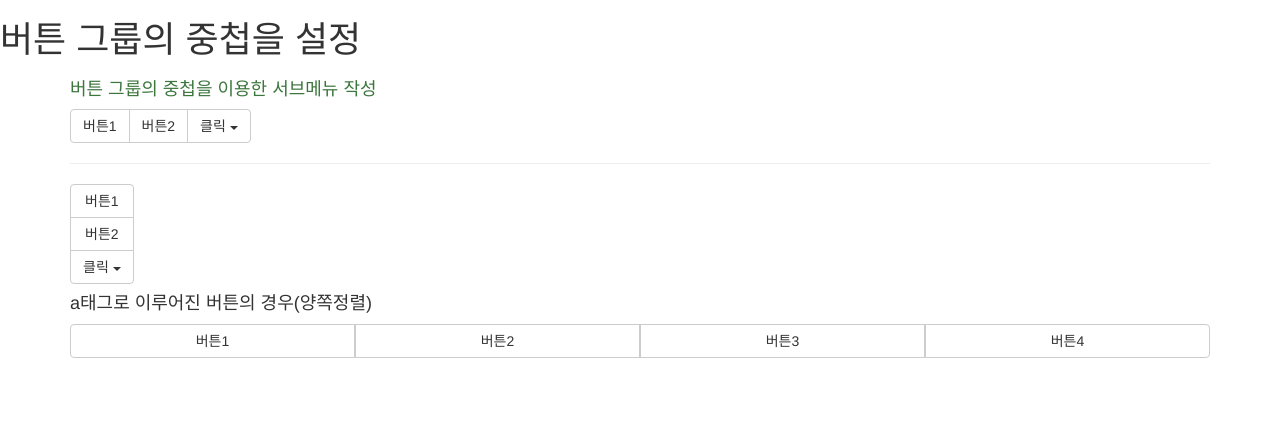
Repository: RYE415/4.jsp
Page: BootstrapTest/src/main/webapp/7.component/4.buttongroup(중첩,정렬).html
The author's editor kept a copy of each file at every save. The page is drawn from the files as they stood at one save, then again after the next save.
The browser window is 1280 px wide. The pictures show the whole page.
Some web libraries are served in a nearby version.

Above is the page before, as saved 2022-08-10 00:54:33.

### BootstrapTest/src/main/webapp/7.component/4.buttongroup(중첩,정렬).html
<!DOCTYPE html>
<html lang="ko">
  <head>
    <meta charset="utf-8">
    <meta http-equiv="X-UA-Compatible" content="IE=edge">
    <meta name="viewport" content="width=device-width, initial-scale=1">
    <!-- 위 3개의 메타 태그는 *반드시* head 태그의 처음에 와야합니다; 어떤 다른 콘텐츠들은 반드시 이 태그들 *다음에* 와야 합니다 -->
    <title>예제</title>

    <!-- 부트스트랩 -->
    <link href="../css/bootstrap.min.css" rel="stylesheet">

    <!-- IE8 에서 HTML5 요소와 미디어 쿼리를 위한 HTML5 shim 와 Respond.js -->
    <!-- WARNING: Respond.js 는 당신이 file:// 을 통해 페이지를 볼 때는 동작하지 않습니다. -->
    <!--[if lt IE 9]>
      <script src="https://oss.maxcdn.com/html5shiv/3.7.2/html5shiv.min.js"></script>
      <script src="https://oss.maxcdn.com/respond/1.4.2/respond.min.js"></script>
    <![endif]-->
  </head>
  <body>
    <h1>버튼 그룹의 중첩을 설정</h1>

    <div class="container">
    <!--
    	<div class="btn-group"> button3+drop-down(ul)<div>
    	  caret(캐럿)->메뉴를 펼치게 해주는 화살표
    	  		1.메뉴이름<span class="caret"></span>
    	  		2.캐럿의 메뉴 부분을 둥근 모서리로 설정
    	  		  버튼의 클래스 선택자->dropdown-toggle
     -->

     	<h4 class="text-success">버튼 그룹의 중첩을 이용한 서브메뉴 작성</h4>
     	<div class="btn-group">
	     	<button type="button" class="btn btn-default">버튼1</button>
	     	<button type="button" class="btn btn-default">버튼2</button>
	     	<!---->
	     	<div class="btn-group">
	     	<button type="button" data-toggle="dropdown" class="btn btn-default dropdown-toggle">클릭
	     	<span class="caret"></span></button>
		    <ul class="dropdown-menu" role="menu">
	     		<li><a tabindex="-1" href="#">공지사항</a></li>
	     		<li><a tabindex="-1" href="#">자유게시판</a></li>
	     		<li><a tabindex="-1" href="#">자료실</a></li>
	     	</ul>
	     	</div>
     	</div>
     	<p>
     	<hr>
     	<!--
     		버튼그룹의 수직(btn-group-vertical),양쪽 정렬하기
     		버튼그룹을 만들 때 사용하는 태그-><button>태그 또는 <a>링크
     		(input 태그 사용X)
     		버튼 그룹의 수직,수평 정렬이 가능한데,양쪽정렬-><a>링크 태그를 이용한 버튼그룹만 가능
     	 -->
   	<div class="btn-group-vertical">
	     	<button type="button" class="btn btn-default">버튼1</button>
	     	<button type="button" class="btn btn-default">버튼2</button>
	     	<!---->
	     	<div class="btn-group">
	     	<button type="button" data-toggle="dropdown" class="btn btn-default dropdown-toggle">클릭
	     	<span class="caret"></span></button>
		    <ul class="dropdown-menu" role="menu">
	     		<li><a tabindex="-1" href="#">공지사항</a></li>
	     		<li><a tabindex="-1" href="#">자유게시판</a></li>
	     		<li><a tabindex="-1" href="#">자료실</a></li>
	     	</ul>
	     	</div>
     	</div>
     	<!--
     		btn-group-justified
     		양쪽정렬(a 태그로 버튼을 만든 경우 사용이 가능(% 비례)
     			예외사항(button,input X)
     	 -->
     	 <h4>a태그로 이루어진 버튼의 경우(양쪽정렬)</h4>
     	 	<div class="btn-group btn-group-justified">
     	 		<a href="#" class="btn btn-default">버튼1</a>
     	 		<a href="#" class="btn btn-default">버튼2</a>
     	 		<a href="#" class="btn btn-default">버튼3</a>
     	 		<a href="#" class="btn btn-default">버튼4</a>
     	 	</div>



     </div>




    <!-- jQuery (부트스트랩의 자바스크립트 플러그인을 위해 필요합니다) -->
    <script src="https://ajax.googleapis.com/ajax/libs/jquery/1.11.2/jquery.min.js"></script>
    <!-- 모든 컴파일된 플러그인을 포함합니다 (아래), 원하지 않는다면 필요한 각각의 파일을 포함하세요 -->
    <script src="../js/bootstrap.min.js"></script>
  </body>
</html>

Loaded but not shown: BootstrapTest/src/main/webapp/css/bootstrap.min.css (library); BootstrapTest/src/main/webapp/js/bootstrap.min.js (library)

After the next save:
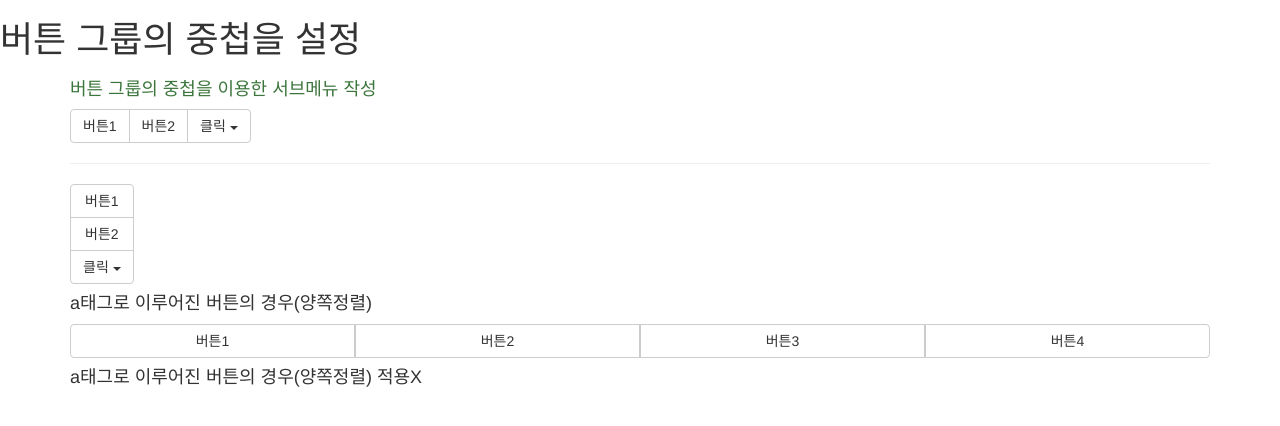
Saved 56 s later.
--- a/BootstrapTest/src/main/webapp/7.component/4.buttongroup(중첩,정렬).html
+++ b/BootstrapTest/src/main/webapp/7.component/4.buttongroup(중첩,정렬).html
@@ -79,6 +79,8 @@
      	 		<a href="#" class="btn btn-default">버튼4</a>
      	 	</div>
 
+     	<h4>a태그로 이루어진 버튼의 경우(양쪽정렬) 적용X</h4>
+     	 	<div class="btn-group btn-group-justified">
 
 
      </div>
